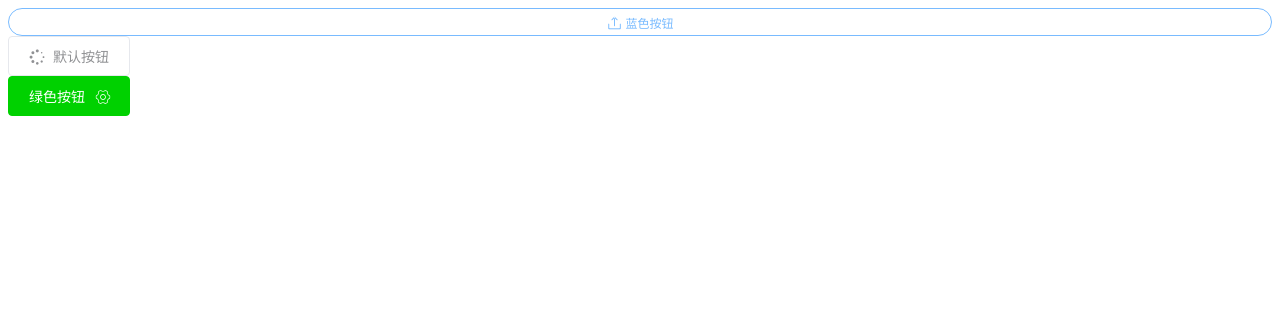
Repository: Cherry-pan/component-packing
Page: /
An editor plug-in stored every save of this project. The page is shown before and after the next save, followed by the edit.
The browser window is 1280 px wide. The pictures show the whole page.
The project was rebuilt for these pictures with package versions that can differ from the ones it lists, and the page was loaded fresh each time. Also part of the build but not shown: vue.config.js.

Above is the page before, as saved 2022-05-09 20:41:13.

### index.html
<!DOCTYPE html>
<html>
  <head>
    <meta charset="utf-8">
    <meta name="viewport" content="width=device-width,initial-scale=1.0">
    <title>component-packing</title>
  </head>
  <body>
    <div id="app"></div>
    <!-- built files will be auto injected -->
  </body>
</html>

### src/main.js
// The Vue build version to load with the `import` command
// (runtime-only or standalone) has been set in webpack.base.conf with an alias.
import Vue from 'vue'
import App from './App'
import router from './router'

Vue.config.productionTip = false
// 引入icon css样式
import "./styles/icon/iconfont.css"
/* eslint-disable no-new */
new Vue({
  el: '#app',
  router,
  components: { App },
  template: '<App/>'
})

### src/styles/icon/iconfont.css
@font-face {
  font-family: "iconfont"; /* Project id 3369880 */
  src: url('iconfont.ttf?t=1651314349772') format('truetype');
}

.iconfont {
  font-family: "iconfont" !important;
  font-size: 16px;
  font-style: normal;
  -webkit-font-smoothing: antialiased;
  -moz-osx-font-smoothing: grayscale;
}

.icon-loading:before {
  content: "\e627";
}

.icon-shezhi:before {
  content: "\e64b";
}

.icon-shangchuan:before {
  content: "\e600";
}

### src/components/Home.vue
<template>
  <div>
    <AButton
      type="primary"
      border
      round
      disabled
      size="mini"
      minWidth="160px"
      prefix="shangchuan"
      block
    >
      蓝色按钮
    </AButton>
    <AButton :loading="true">
      默认按钮
    </AButton>
    <AButton
      type="success"
      suffix="shezhi"
      @click="handleChange"
      :loading="flag"
    >
      绿色按钮
    </AButton>
  </div>
</template>

<script>
export default {
  name: "Home",
  components: {
    AButton: () => import("@/components/button/Button.vue")
  },

  data() {
    return {
      flag: false
    };
  },
  methods: {
    handleChange() {
      this.flag = true;
      setTimeout(() => {
        this.flag = false;
      }, 2000);
      console.log(33333);
    }
  }
};
</script>

<!-- Add "scoped" attribute to limit CSS to this component only -->
<style scoped></style>

### src/components/button/Button.vue
<template>
  <div>
    <button
      :class="[theme, isBorder, isRound, specifications, blockCss]"
      :disabled="disabled || loading"
      class="a-button"
      :style="[minWidthCss]"
      @click="change"
    >
      <span>
        <i v-if="loading" class="iconfont icon-prefix icon-loading"></i>
        <i
          v-if="iconPrefix"
          class="iconfont icon-prefix"
          :class="iconPrefix"
        ></i>
        <slot></slot>
        <i
          v-if="iconSuffix"
          class="iconfont icon-suffix"
          :class="iconSuffix"
        ></i>
      </span>
    </button>
  </div>
</template>

<script>
export default {
  name: "Button",
  props: {
    //   类型
    type: {
      type: String,
      default: ""
    },
    // 边框
    border: Boolean, //默认是false
    // 圆角
    round: Boolean,
    // 是否禁用
    disabled: Boolean,
    size: {
      type: String,
      default: ""
    },
    minWidth: {
      type: String,
      default: ""
    },
    prefix: {
      type: String,
      default: ""
    },
    suffix: {
      type: String,
      default: ""
    },
    block: Boolean,
    loading: Boolean
  },
  computed: {
    // 监听变化
    theme() {
      console.log(this.type);
      // 如果有值，返回
      return this.type ? `a-button-${this.type}` : "";
    },
    isBorder() {
      return this.border ? "is-border" : "";
    },
    isRound() {
      return this.round ? "is-round" : "";
    },
    specifications() {
      return this.size ? `a-button-${this.size}` : "";
    },
    minWidthCss() {
      // 如果没有值，返回空，有值拼接css样式
      if (!this.minWidth) {
        return "";
      }
      return { "min-width": this.minWidth };
    },
    iconPrefix() {
      return this.prefix ? `icon-${this.prefix}` : "";
    },
    iconSuffix() {
      return this.suffix ? `icon-${this.suffix}` : "";
    },
    blockCss() {
      return this.block ? "a-button-block" : "";
    }
  },
  data() {
    return {};
  },

  mounted() {},

  methods: {
    change(){
      this.$emit('click');
    }
  }
};
</script>

<style lang="scss" scoped>
.a-button {
  padding: 0 20px 0 20px;
  border-width: 1px;
  border-color: #dcdfe6;
  border-style: solid;
  border-radius: 4px;
  background-color: white;
  font-size: 14px;
  color: #606266;
  height: 40px;
  + .a-button {
    margin-left: 14px;
  }
  > span {
    display: flex;
    align-items: center;
    justify-content: center;
  }
  i {
    width: 14px;
    height: 14px;
  }
  .icon-prefix {
    margin-right: 10px;
  }
  .icon-suffix {
    margin-left: 10px;
  }
}
// 禁用 透明度
.a-button[disabled] {
  opacity: 0.7;
  // 鼠标变成禁用
  cursor: not-allowed;
}
.a-button-primary {
  border-color: #409eff;
  background-color: #409eff;
  color: white;
  &.is-border {
    background-color: transparent;
    color: #409eff;
  }
}
.a-button-success {
  border-color: #00d100;
  background-color: #00d100;
  color: white;
  &.is-border {
    background-color: transparent;
    color: #00d100;
  }
}
.a-button-warning {
  border-color: #e6a23c;
  background-color: #e6a23c;
  color: white;
  &.is-border {
    background-color: transparent;
    color: #e6a23c;
  }
}
.a-button-danger {
  border-color: #f56c6c;
  background-color: #f56c6c;
  color: white;
  &.is-border {
    background-color: transparent;
    color: #f56c6c;
  }
}
// 圆角
.is-round {
  border-radius: 100px;
}
// 尺寸
.a-button-medium {
  height: 36px;
}
.a-button-small {
  height: 32px;
  font-size: 12px;
  padding: 0 15px 0 15px;
  .icon-prefix {
    margin-right: 5px;
  }
  .icon-suffix {
    margin-left: 5px;
  }
}
.a-button-mini {
  height: 28px;
  font-size: 12px;
  padding: 0 15px 0 15px;
  .icon-prefix {
    margin-right: 5px;
  }
  .icon-suffix {
    margin-left: 5px;
  }
}
.a-button-block {
  display: block;
  width: 100%;
}
.icon-loading {
  animation: loading 1s infinite linear;
}
@-webkit-keyframes loading {
  0% {
    -webkit-transform: rotate(0deg);
  }
  100% {
    -webkit-transform: rotate(360deg);
  }
}
</style>

Loaded but not shown: src/App.vue (common file); src/router/index.js (common file)

After the next save:
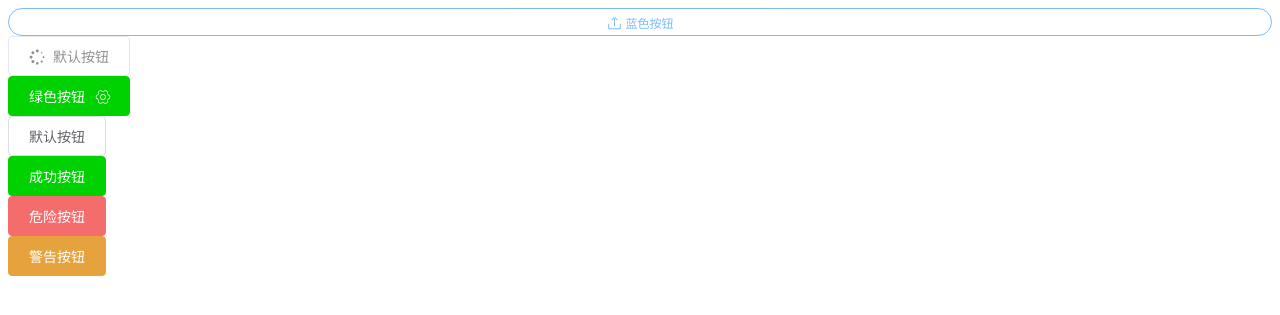
Saved 3 min 2 s later.
--- a/src/components/Home.vue
+++ b/src/components/Home.vue
@@ -1,5 +1,6 @@
 <template>
   <div>
+    <!-- 父组件 -->
     <AButton
       type="primary"
       border
@@ -23,6 +24,10 @@
     >
       绿色按钮
     </AButton>
+    <AButton>默认按钮</AButton>
+    <AButton type="success">成功按钮</AButton>
+    <AButton type="danger">危险按钮</AButton>
+    <AButton type="warning">警告按钮</AButton>
   </div>
 </template>
 
--- a/src/components/button/Button.vue
+++ b/src/components/button/Button.vue
@@ -1,5 +1,6 @@
 <template>
   <div>
+    <!-- 子组件 -->
     <button
       :class="[theme, isBorder, isRound, specifications, blockCss]"
       :disabled="disabled || loading"
